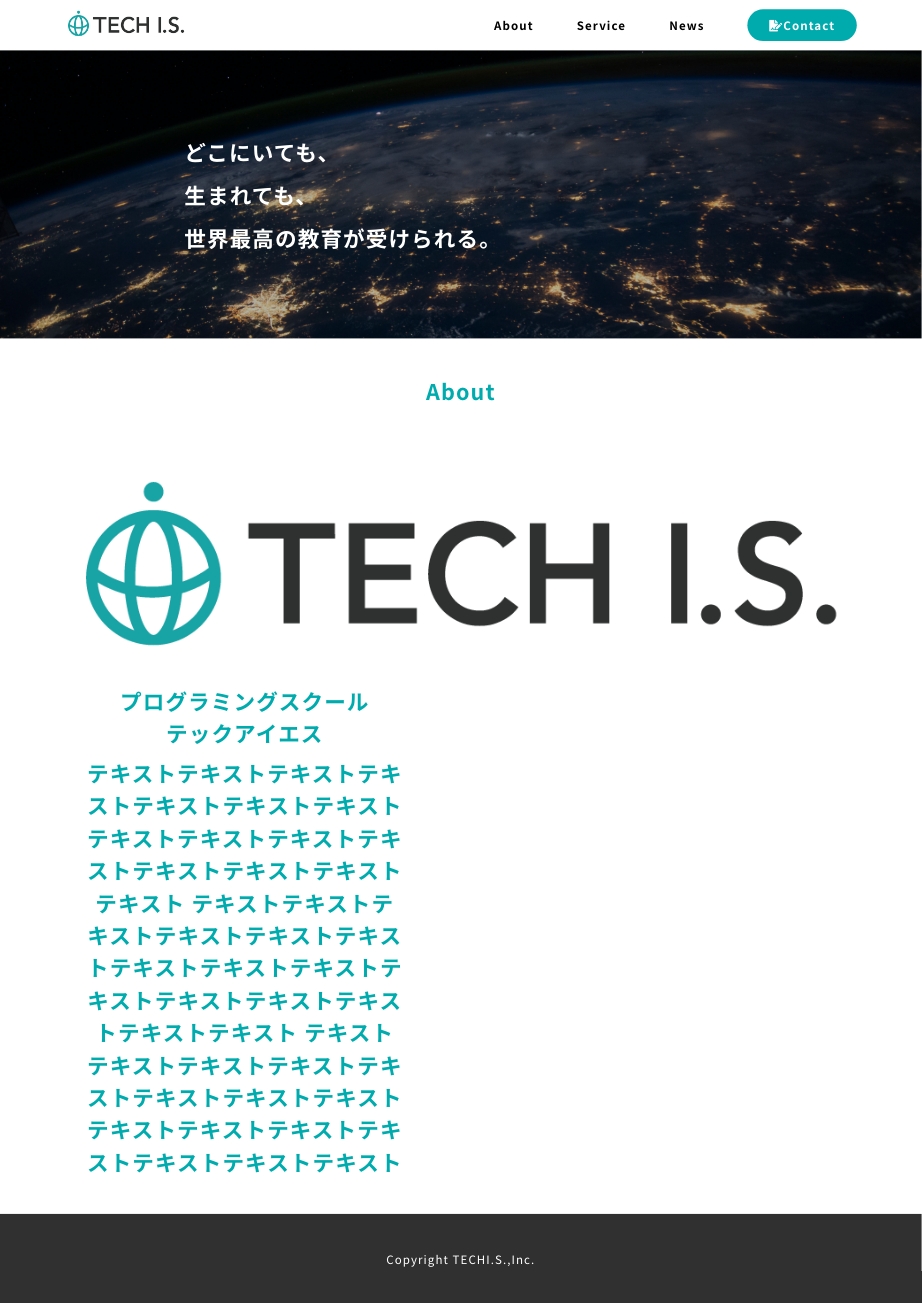
Repository: ryunoesta/lp-techis
Page: indx.html
These files come from the project's save history. The page is drawn as it stood at one moment and after a run of saves; the edit follows.
The browser window is 1280 px wide. The pictures show the whole page, at 72% of full size.

Above is the page before, as saved 2022-06-15 22:19:17.

### indx.html
<!DOCTYPE html>
<html lang="ja">
<head>
    <meta charset="UTF-8">
    <meta http-equiv="X-UA-Compatible" content="IE=edge">
    <meta name="viewport" content="width=device-width, initial-scale=1.0">
    <!-- reset css -->
    <link rel="stylesheet" href="./CSS/reset.css">
    <!-- style css -->
    <link rel="stylesheet" href="./CSS/style.css">
    <!-- fontawesome -->
    <link rel="stylesheet" href="https://use.fontawesome.com/releases/v5.15.1/css/all.css">
    <title>プログラミングスクール テックアイエス</title>
</head>
<body>
    <!-- header -->
    <header class="header">
        <h1 class="logo">
            <img src="./img/logo.png" alt="ロゴ画像">
        </h1>
        <ul class="menu-pc">
            <li><a href="#">About</a></li>
            <li><a href="#">Service</a></li>
            <li><a href="#">News</a></li>
            <!-- リンク先追加 -->
            <li><a href="contact"><i class="fas fa-file-signature"></i>Contact</a></li>
        </ul>
    </header>

    <!-- main -->
    <main>
        <!-- fv -->
        <section class="front-fv">
            <img src="./img/top1.png" alt="ファーストビュー">
            <h2>どこにいても、
                <br>
                生まれても、
                <br>
                世界最高の教育が受けられる。
            </h2>
        </section>

        <!-- about -->
        <section class="front-about">
            <h2 class="front-common__title">
                About
            </h2>
            <ul class="front-about__list">
                <li class="front-about__item"><img src="./img/logo.png" alt="ロゴ画像"></li>
                <li class="front-about__item">
                    <div class="front-about_txt">
                        <h3>
                            プログラミングスクール
                            <br>
                            テックアイエス
                        </h3>
                        <p>テキストテキストテキストテキストテキストテキストテキストテキストテキストテキストテキストテキストテキストテキストテキスト テキストテキストテキストテキストテキストテキストテキストテキストテキストテキストテキストテキストテキストテキストテキスト テキストテキストテキストテキストテキストテキストテキストテキストテキストテキストテキストテキストテキストテキストテキスト</p>
                    </div>
                </li>
            </ul>
        </section>




    </main>


    <!-- footer -->
    <footer class="footer"> <!-- footerはブロックレベル要素 -->
        <p>
            <small>Copyright TECHI.S.,Inc.</small>
        </p>
    </footer>
</body>
</html>

### CSS/reset.css
*, *::before, *::after {
    box-sizing: border-box;
}
html, body, div, span, applet, object, iframe, h1, h2, h3, h4, h5, h6, p, blockquote, pre, a,
abbr, acronym, address, big, cite, code, del, dfn, em, font, ins, kbd, q, s, samp, small, strike,
strong, sub, sup, tt, var, dl, dt, dd, ol, ul, li, fieldset, form, label, legend, table,
caption, tbody, tfoot, thead, tr, th, td {
    border: 0;
    font-size: 100%;
    font-weight: inherit;
    margin: 0;
    outline: 0;
    padding: 0;
    vertical-align: baseline;
}
body {
    width: 100%;
    height: 100%;
    margin: 0 auto;
    letter-spacing: 1.5px;
    line-height: 1.5;
}
img {
    width: 100%;
    height: 100%;
    top: 0;
    left: 0;
    object-fit: cover;
}
a {
    color: black;
    text-decoration: none;
}
ol, ul {
    list-style: none;
}
table {
    border-collapse: separate;
    border-spacing: 0;
}

### CSS/style.css
/* フォントの設定 */
@import url('https://fonts.googleapis.com/css2?family=Noto+Sans+JP&display=swap');
html, body {
    font-size: 16px;
    font-family: 'Noto Sans JP', sans-serif;
}

/* header */
.header {
    display: flex;
    align-items: center;
    justify-content: space-between;
    max-width: 1100px;
    height: 70px;
    margin: auto;
}

.logo img {
    width: 170px;
    height: auto;
}

.menu-pc {
    display: flex;
    align-items: center;
}

.menu-pc li {
    margin: 0 30px;
}

.menu-pc a {
    font-weight: bold;
}

.menu-pc li:last-child {
    margin-right: 0;
}

.menu-pc li:last-child a {
    display: block;
    color: #fff;
    background: #00abae;
    padding: 10px 30px;
    border-radius: 50px;
}

/* footer */
.footer {
    padding: 50px;  /* paddingにautoはない */
    background: #303030;
}

.footer p {
    color: #fff;
    text-align: center;
}

/* fv */
.front-fv {
    position: relative;
    height: 400px;
}

.front-fv h2 {
    position: absolute;
    top: 50%;
    -webkit-transform: translateY(-50%);
    -moz-transform: translateY(-50%);
    -ms-transform: translateY(-50%);
    -o-transform: translateY(-50%);
    transform: translateY(-50%);
    left: 20%;
    color: #fff;
    font-size: 30px;
    font-weight: bold;
    line-height: 2;
}

/* common */
.front-common__title {
    position: relative;
    font-size: 30px;
    font-weight: bold;
    color: #00abae;
    text-align: center;
    margin-bottom: 50px;
    padding-bottom: 10px;
}

/* about */
.front-about {
    max-width: 1100px;
    margin: 50px auto;
}


.front-about__list {
    text-align: center;
    color: #00abae;
    font-size: 30px;
    font-weight: bold;
}

.front-about__main {

}

.front-about__main img {
    display: block;
    width: 40%;
    margin: auto 30px;
}

.front-about_txt {
    width: 40%;
    margin-left: 30px;
}

.front-about_txt h4 {
    font-size: 25px;
    line-height: 1.5;
}

.front-about_txt p {
    margin: 10px 0;
}

After the next 2 saves:
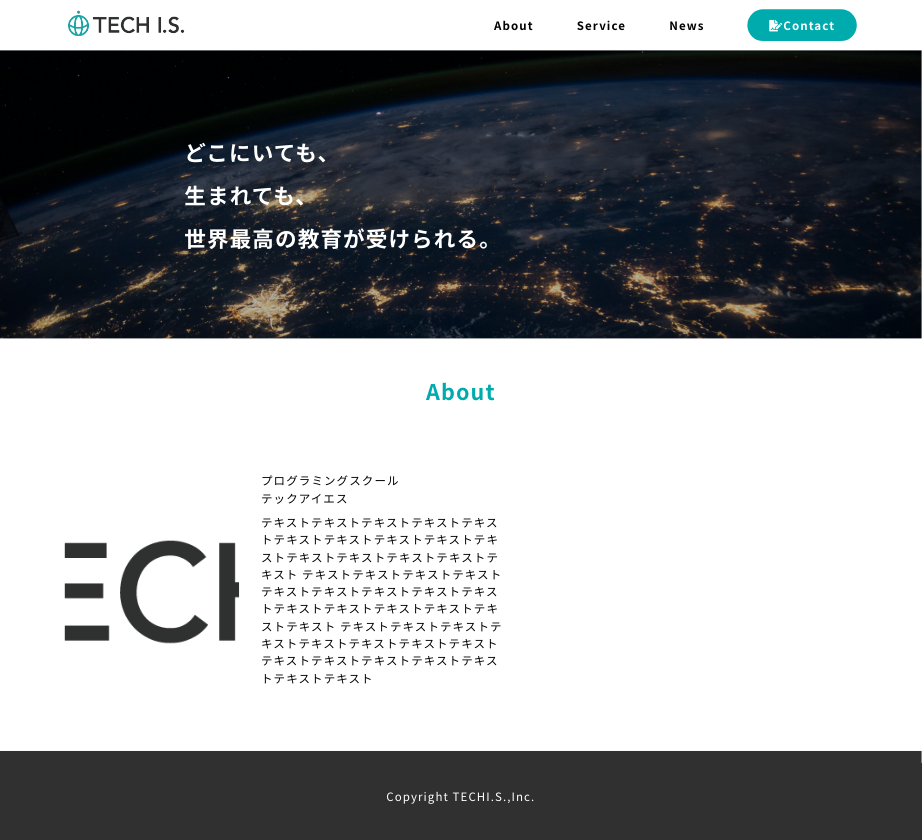
The 2 saves are shown as one change because they came seconds apart.
The last was saved 6 s later.
--- a/CSS/style.css
+++ b/CSS/style.css
@@ -96,10 +96,9 @@
 
 
 .front-about__list {
-    text-align: center;
-    color: #00abae;
-    font-size: 30px;
-    font-weight: bold;
+    display: flex;
+    justify-content:center;
+    padding: 30px 0;
 }
 
 .front-about__main {
